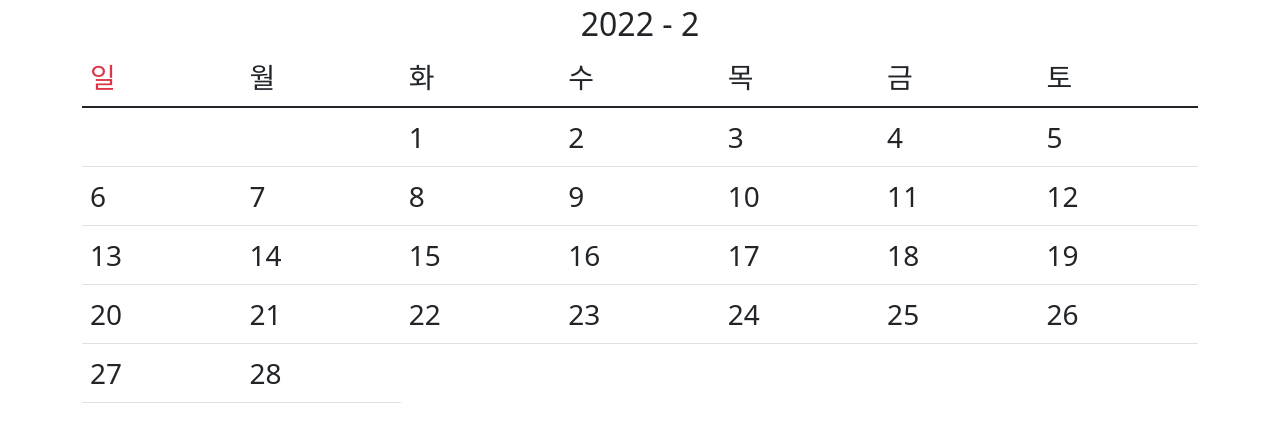
Repository: Visionary1/fullstack-dev-study
Page: http://localhost/Test/lesson02/quiz10.jsp
An editor plug-in stored every save of this project. The page is shown before and after the next save, followed by the edit.
The browser window is 1280 px wide. The pictures show the whole page.
The page is served by Tomcat 9.

Above is the page before, as saved 2022-02-13 18:09:20.

After the next save:
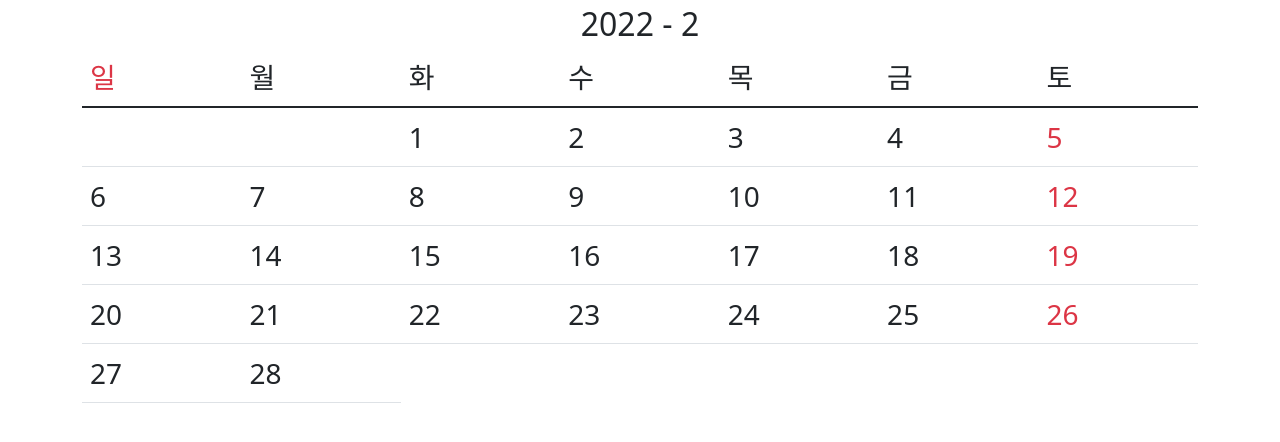
Saved 57 s later.
--- a/4_servlet/workspace/Test/src/main/webapp/lesson02/quiz10.jsp
+++ b/4_servlet/workspace/Test/src/main/webapp/lesson02/quiz10.jsp
@@ -68,7 +68,7 @@
 					break;
 				}
 		%>
-				<td class="fs-3">
+				<td class="fs-3 <%= (i * 7 + j) % 7 == 0 ? "text-danger" : "" %>">
 		<%
 				/* 월 1일 시작요일 체크 */
 				if (week <= (i * 7 + j)) {
